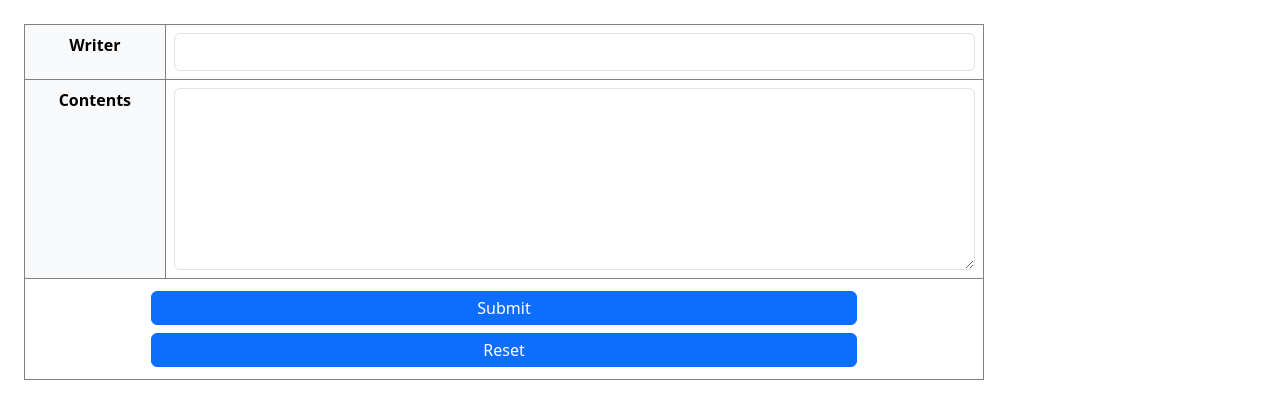
Repository: tomaters/servlets-JSP
Page: jsptest/src/main/webapp/bbs/write2.html
These files come from the project's save history. The page is drawn as it stood at one moment and after the next save; the edit follows.
The browser window is 1280 px wide. The pictures show the whole page.

Above is the page before, as saved 2023-11-29 06:33:02.

After the next save:
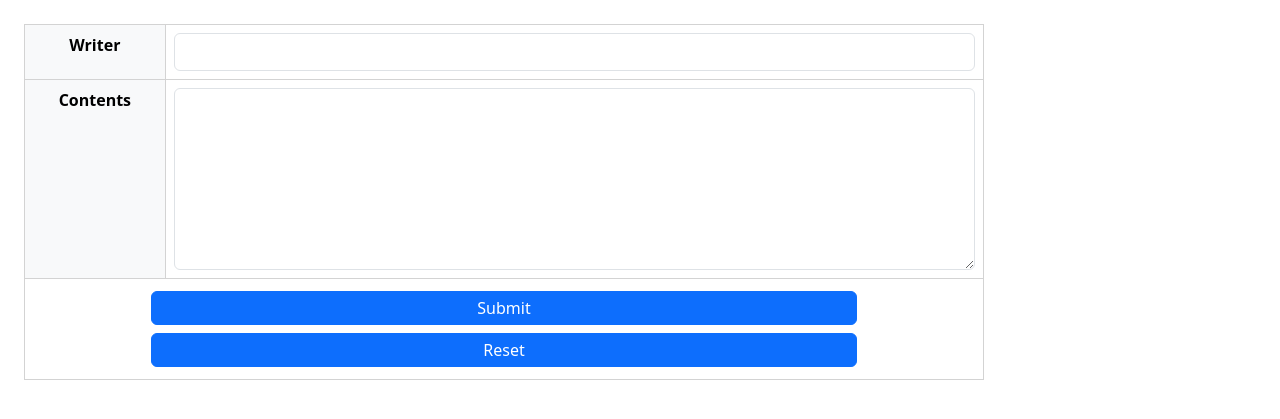
Saved 32 s later.
--- a/jsptest/src/main/webapp/bbs/write2.html
+++ b/jsptest/src/main/webapp/bbs/write2.html
@@ -9,7 +9,7 @@
 </head>
 <body>
 <form method="post" action="/jsptest/visit">
-      <table align="center" class="table text-center table-bordered table-hover p-2 m-4 w-75" style="border:gray; border-radius: 10px;">
+      <table align="center" class="table text-center table-bordered table-hover p-2 m-4 w-75" style="border:lightgray; border-radius: 10px;">
         <tr class="w-100 bg-dark">
             <th class="text-center bg-light">Writer</th>
         		<td>
